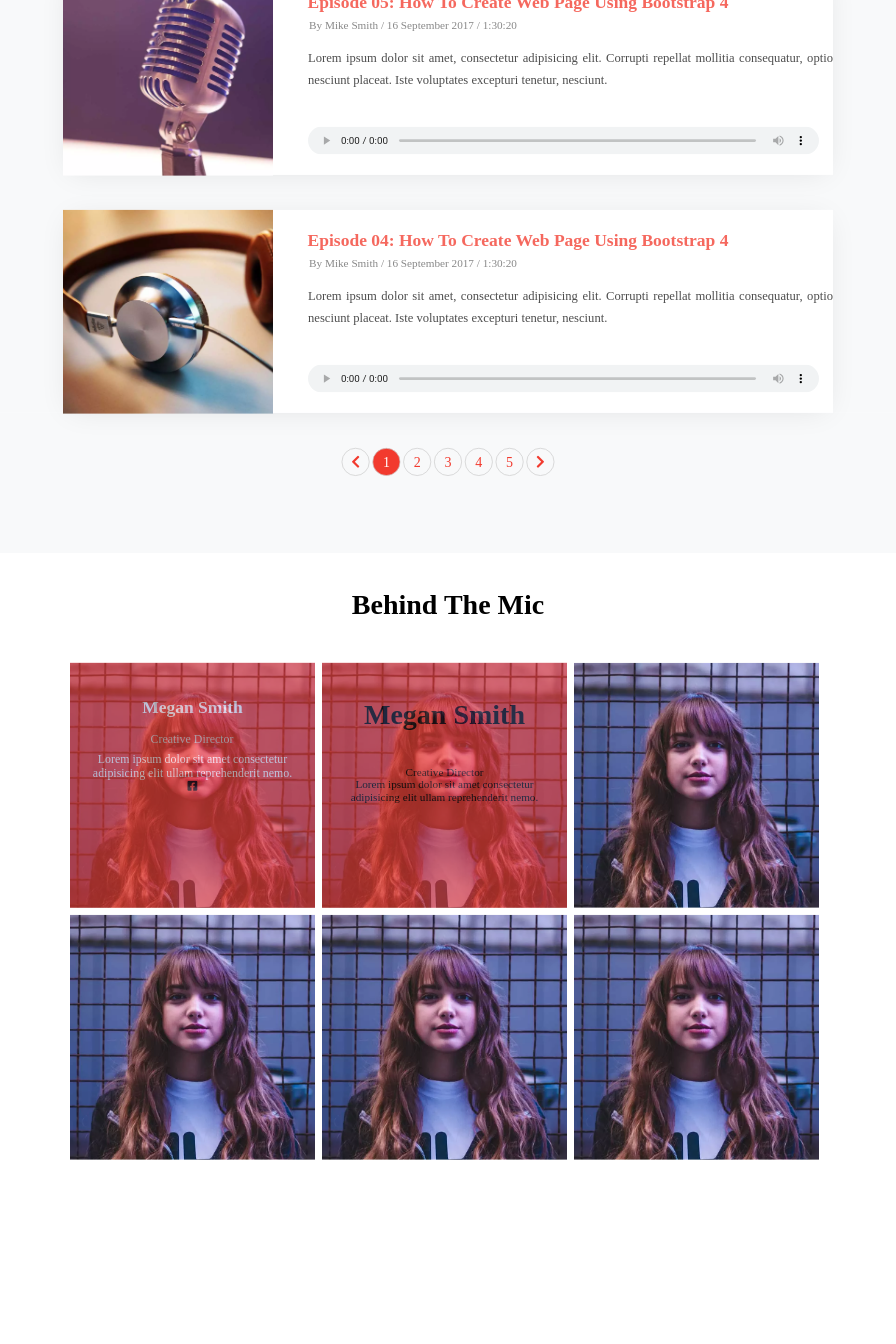
Repository: nhutduy0803/template2
Page: index.html
These files come from the project's save history. The page is drawn as it stood at one moment and after the next save; the edit follows.
The browser window is 1280 px wide. The pictures show the part of the page from y = 2077 to 3997 px (the page is 3997 px tall), at 70% of full size.

Above is the page before, as saved 2021-12-09 14:47:04.

After the next save:
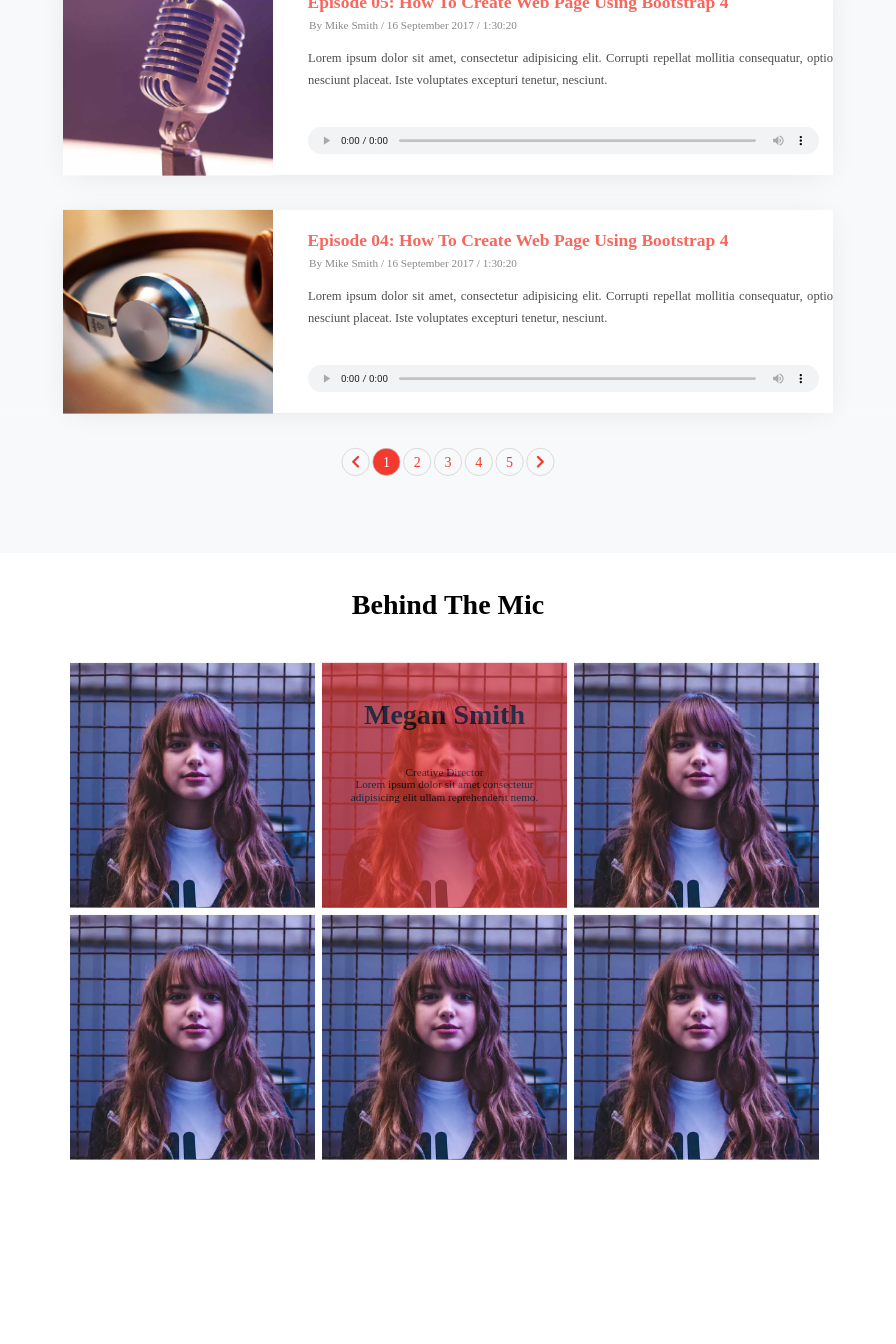
Saved 46 s later.
--- a/assets/css/style.css
+++ b/assets/css/style.css
@@ -370,6 +370,10 @@
   width: 350px;
 } */
 
+.picture-behind:hover .content-behind {
+  opacity: 0.6;
+}
+
 .content-behind {
   margin-top: 10px;
   margin-left: 10px;
@@ -377,7 +381,8 @@
   height: 350px;
   position: absolute;
   background-color: #f23a2e;
-  opacity: 0.6;
+  /* opacity: 0.6; */
+  opacity: 0;
   padding: 0 20px;
 }
 
